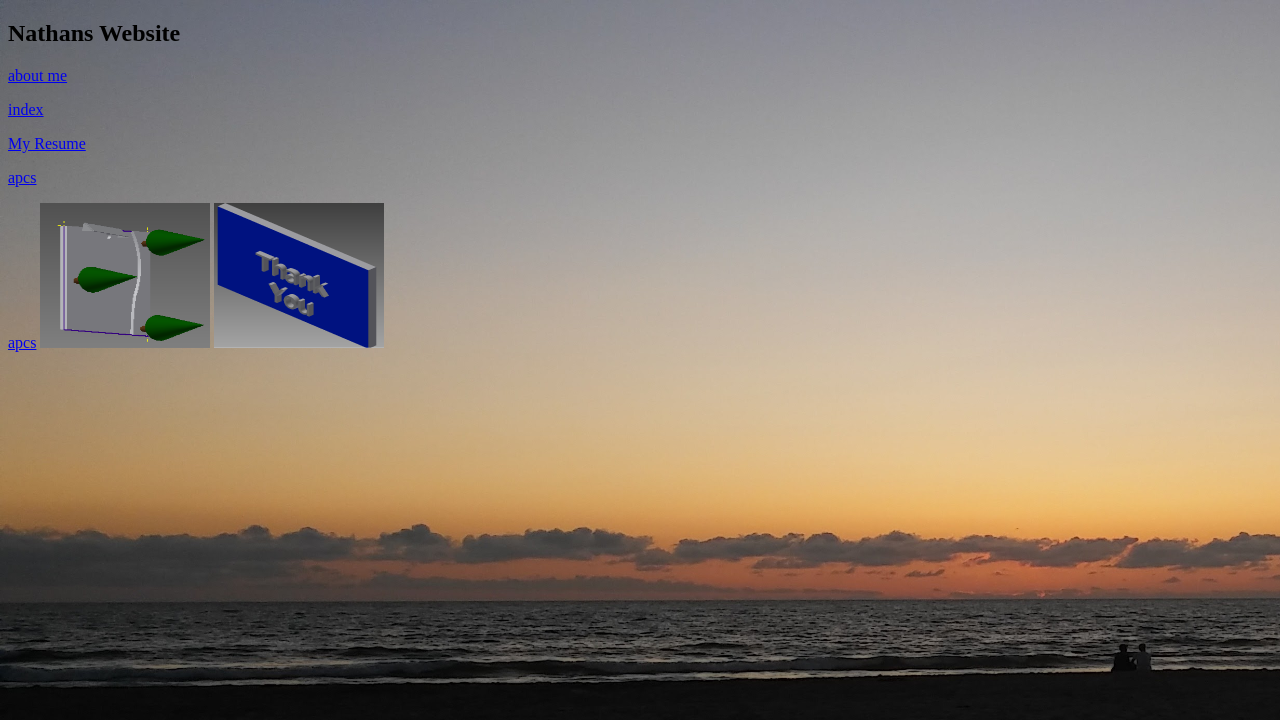
Repository: Nathan12144/Nathan12144.github.io
Page: eng.html
The author's editor kept a record of every edit. The page is drawn from the files as they stood at one moment, then again after the next edit.
The browser window is 1280 px wide. The pictures show the whole page.

Above is the page before.

After the next edit:
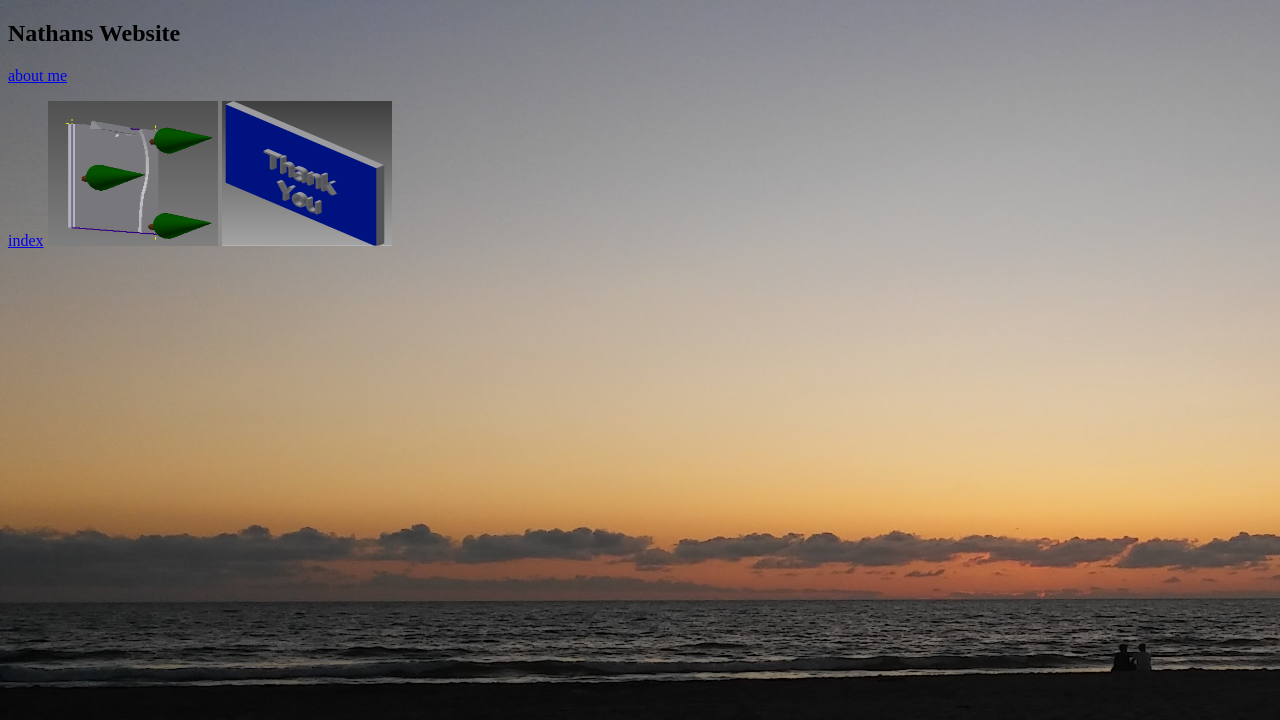
The edit:
--- a/eng.html
+++ b/eng.html
@@ -11,9 +11,6 @@
 <h2>Nathans Website</h2>
 <p><a href="https://docs.google.com/presentation/d/1Uk_VyLYSelrMDxDNvBjRERUITPfupa8QE3ZIbIkxwEM/edit?usp=sharing" target="_blank">about me</a>
 <p><a href="index.html" target="_blank">index</a>
-<p></p><a href="resume.html" target="_blank">My Resume</a>
-<p><a href="apcs.html" target="_blank">apcs</a>
-<p><a href="apcs.html" target="_blank">apcs</a>
 
 
 
